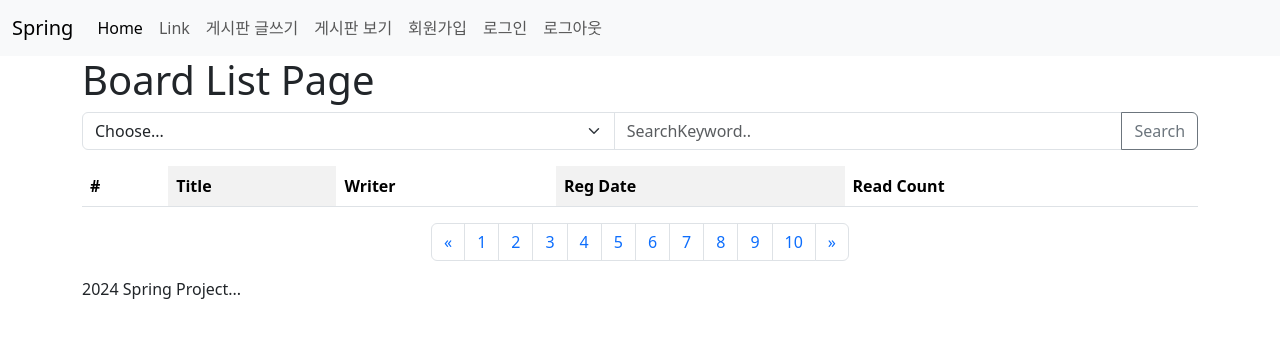
Repository: gajami-kim/240430_Spring_Study
Page: http://localhost/spring_study/WEB-INF/views/board/list.jsp
An editor plug-in stored every save of this project. The page is shown before and after the next save, followed by the edit.
The browser window is 1280 px wide. The pictures show the whole page.
The page is served by Tomcat 9. Nobody is signed in. The template is opened directly, without the code that normally fills it, so the values that code supplies are empty.

Above is the page before, as saved 2024-04-24 08:43:15.

### spring_study/src/main/webapp/WEB-INF/views/board/list.jsp
<%@ page language="java" contentType="text/html; charset=UTF-8"
    pageEncoding="UTF-8"%>
    <%@ taglib uri="http://java.sun.com/jsp/jstl/core" prefix="c" %>
<jsp:include page="../layout/header.jsp" />
<div class="container-sm">
	<h1>Board List Page</h1>

	<!-- 검색라인 -->
	<form action="">
		<div class="input-group mb-3">
		  <select class="form-select" id="inputGroupSelect02">
		    <option selected>Choose...</option>
		    <option value="t">Title</option>
		    <option value="w">Writer</option>
		    <option value="c">Content</option>
		  </select>
		  <input type="text" class="form-control" aria-label="Text input with segmented dropdown button" name="keyword" placeholder="SearchKeyword..">
		  <button class="btn btn-outline-secondary" type="button">Search</button>
		</div>
	</form>
	<table class="table table-striped-columns">
		<thead>
			<tr>
				<th>#</th>
				<th>Title</th>
				<th>Writer</th>
				<th>Reg Date</th>
				<th>Read Count</th>
			</tr>
		</thead>
		<c:forEach items="${list }" var="bvo">
		<tbody>
			<tr>
				<td>${bvo.bno }</td>
				<td><a href="/board/detail?bno=${bvo.bno }">${bvo.title }</a></td>
				<td>${bvo.writer }</td>
				<td>${bvo.reg_date }</td>
				<td>${bvo.read_count }</td>
			</tr>
		</tbody>
		</c:forEach>
	</table>
	<!-- 페이지네이션 라인 -->
	<nav aria-label="Page navigation example">
	  <ul class="pagination justify-content-center">
	    <li class="page-item">
	      <a class="page-link" href="#" aria-label="Previous">
	        <span aria-hidden="true">&laquo;</span>
	      </a>
	    </li>
	    <c:forEach begin="1" end="10" var="i">
		    <li class="page-item"><a class="page-link" href="#">${i }</a></li>
	    </c:forEach>
	    <li class="page-item">
	      <a class="page-link" href="#" aria-label="Next">
	        <span aria-hidden="true">&raquo;</span>
	      </a>
	    </li>
	  </ul>
	</nav>
</div>
<jsp:include page="../layout/footer.jsp" />

### spring_study/src/main/webapp/WEB-INF/views/layout/header.jsp
<%@ page language="java" contentType="text/html; charset=UTF-8"
    pageEncoding="UTF-8"%>
<!DOCTYPE html>
<html>
<head>
<meta charset="UTF-8">
<title>header.jsp</title>
</head>
<link href="https://cdn.jsdelivr.net/npm/bootstrap@5.3.3/dist/css/bootstrap.min.css" rel="stylesheet" integrity="sha384-QWTKZyjpPEjISv5WaRU9OFeRpok6YctnYmDr5pNlyT2bRjXh0JMhjY6hW+ALEwIH" crossorigin="anonymous">
<script src="https://cdn.jsdelivr.net/npm/bootstrap@5.3.3/dist/js/bootstrap.bundle.min.js" integrity="sha384-YvpcrYf0tY3lHB60NNkmXc5s9fDVZLESaAA55NDzOxhy9GkcIdslK1eN7N6jIeHz" crossorigin="anonymous"></script>
<body>
<nav class="navbar navbar-expand-lg bg-body-tertiary">
  <div class="container-fluid">
    <a class="navbar-brand" href="#">Spring</a>
    <button class="navbar-toggler" type="button" data-bs-toggle="collapse" data-bs-target="#navbarSupportedContent" aria-controls="navbarSupportedContent" aria-expanded="false" aria-label="Toggle navigation">
      <span class="navbar-toggler-icon"></span>
    </button>
    <div class="collapse navbar-collapse" id="navbarSupportedContent">
      <ul class="navbar-nav me-auto mb-2 mb-lg-0">
        <li class="nav-item">
          <a class="nav-link active" aria-current="page" href="#">Home</a>
        </li>
        <li class="nav-item">
          <a class="nav-link" href="#">Link</a>
        </li>
        <li class="nav-item">
          <a class="nav-link" href="/board/register">게시판 글쓰기</a>
        </li>
        <li class="nav-item">
          <a class="nav-link" href="/board/list">게시판 보기</a>
        </li>
        <li class="nav-item">
          <a class="nav-link" href="#">회원가입</a>
        </li>
        <li class="nav-item">
          <a class="nav-link" href="#">로그인</a>
        </li>
        <li class="nav-item">
          <a class="nav-link" href="#">로그아웃</a>
        </li>
      </ul>
    </div>
  </div>
</nav>

### spring_study/src/main/webapp/WEB-INF/views/layout/footer.jsp
<%@ page language="java" contentType="text/html; charset=UTF-8"
    pageEncoding="UTF-8"%>

<div class="container-sm">
	2024 Spring Project...
</div>

</body>
</html>

After the next save:
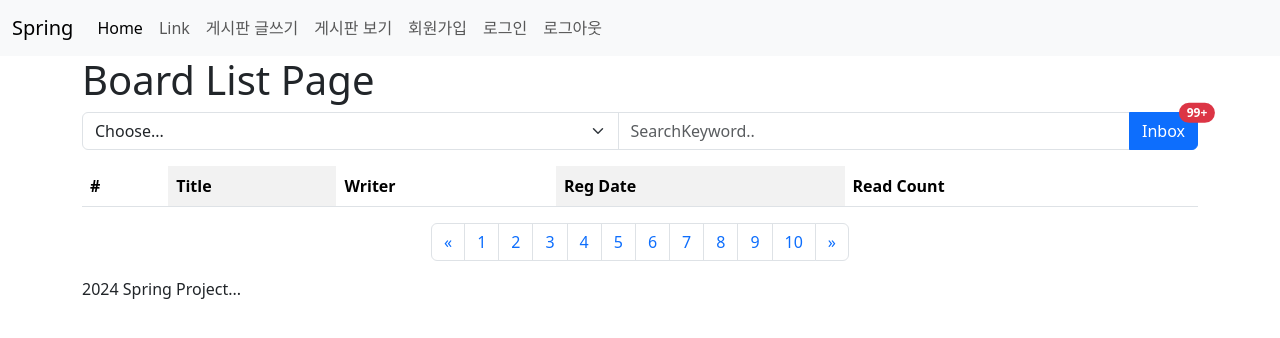
Saved 47 s later.
--- a/spring_study/src/main/webapp/WEB-INF/views/board/list.jsp
+++ b/spring_study/src/main/webapp/WEB-INF/views/board/list.jsp
@@ -15,7 +15,13 @@
 		    <option value="c">Content</option>
 		  </select>
 		  <input type="text" class="form-control" aria-label="Text input with segmented dropdown button" name="keyword" placeholder="SearchKeyword..">
-		  <button class="btn btn-outline-secondary" type="button">Search</button>
+		  <button type="button" class="btn btn-primary position-relative">
+  Inbox
+  <span class="position-absolute top-0 start-100 translate-middle badge rounded-pill bg-danger">
+    99+
+    <span class="visually-hidden">unread messages</span>
+  </span>
+</button>
 		</div>
 	</form>
 	<table class="table table-striped-columns">
